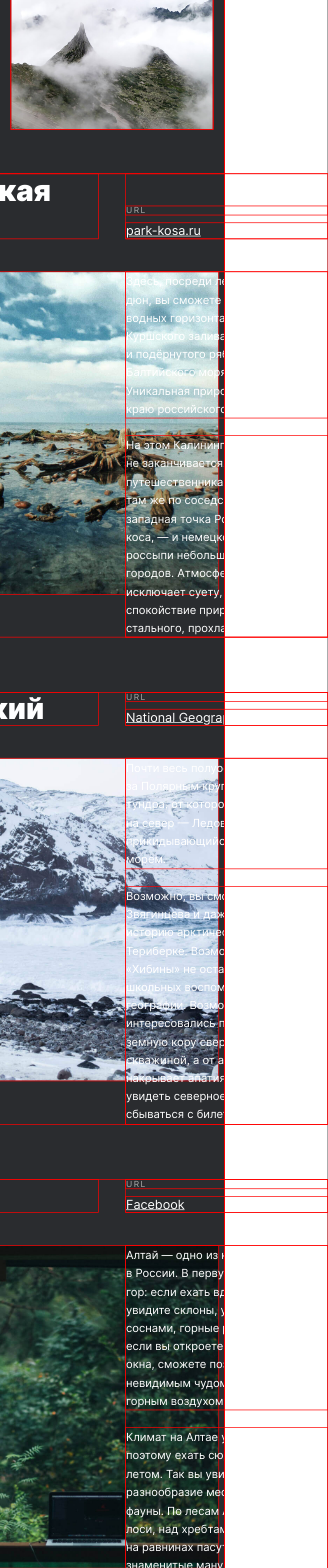
Repository: 89373611988/russia-travel
Page: index.html
An editor plug-in stored every save of this project. The page is shown before and after a run of saves, followed by the edit.
The browser window is 320 px wide. The page is 468 px wide, so the pictures cover 468 px, including what lies to the right of the window. The pictures show the part of the page from y = 4094 to 6334 px (the page is 8468 px tall before and 8376 px after), at 70% of full size.

Above is the page before, as saved 2021-12-22 21:22:08.

### index.html
<!DOCTYPE html>
<html lang="ru">
  <head>
    <meta charset="UTF-8" />
    <meta name="viewport" content="width=device-width, initial-scale=1">
    <title>Путешествие по России</title>
    <link rel="stylesheet" href="pages/index.css" />
  </head>

  <body>
    <div class="page">
      <header class="header page__header">
        <img src="./images/header-logo.svg" alt="" class="header__logo">
        <ul class="header__list">
          <li class="header__item">
            <a href="#" target="_blank" class="header__lang-link">Ru</a>
          </li>
          <li class="header__item">
            <a href="#" target="_blank" class="header__lang-link">En</a>
          </li>
        </ul>
      </header>
      <main class="content">

        <section class="lead">
          <h1 class="lead__title">Путешествия по России</h1>
          <p class="lead__subtitle">Настоящая страна не в выпусках новостей, а здесь.</p>
          <img src="./images/lead-polka.jpg" alt="Отдых в вагоне" class="lead__image">
          <p class="lead__caption">ваша полка — верхняя</p>
        </section>


        <section class="intro page__intro">
          <h2 class="intro__title">Чего мы там не видели?</h2>
          <p class="intro__text">По опросам ВЦИОМ, 95% россиян мечтают куда-нибудь поехать, но только 36% планируют провести отпуск в родной стране. Мол, чего мы тут, дома, не видели? На самом деле, Россия — это целая вселенная с ласковым морем юга, густыми лесами Саян и суровыми льдами плато Путорана. А ещё увидеть все эти красоты можно без миллионов на счету, загранпаспорта и многочасовых перелетов. Как, например, Вера Башмакова — смелая молодая мама, которая взяла в охапку троих детей, усадила их в свою «Ладу» и проехала 20 тысяч километров по родной стране. Мы выбрали и описали некоторые интересные места, достойные вашего отпуска.</p>
          <ul class="intro__list">
            <li class="intro__item">Часовых поясов
              <span class="intro__number">11</span>
            </li>
            <li class="intro__item">Объектов природного наследия ЮНЕСКО
              <span class="intro__number">12</span>
            </li>
            <li class="intro__item">Объектов культурного наследия ЮНЕСКО
              <span class="intro__number">16</span>
            </li>
            <li class="intro__item">Природных заповедников
              <span class="intro__number">105</span>
            </li>
            <li class="intro__item">Аэропортов
              <span class="intro__number">241</span>
            </li>
          </ul>
        </section>


        <section class="photo-grid">
          <img src="./images/photo-grid-train.jpg" alt="Вид из окна вагона" class="photo-grid__item">
          <img src="./images/photo-grid-atharva-tulsi.jpg" alt="Облака в горах" class="photo-grid__item">
          <img src="./images/photo-grid-tuman.jpg" alt="Собака на сене" class="photo-grid__item">
          <img src="./images/photo-grid-sochi.jpg" alt="Туман в горах" class="photo-grid__item">
          <img src="./images/photo-grid-arisa.jpg" alt="Машина на льду" class="photo-grid__item">
          <img src="./images/photo-grid-baikal.jpg" alt="Берег Байкала" class="photo-grid__item">
          <img src="./images/photo-grid-elbrus.jpg" alt="Гора Эльбрус" class="photo-grid__item">
          <img src="./images/photo-grid-kondratiev.jpg" alt="Пешеходный переход" class="photo-grid__item">
          <img src="./images/photo-grid-kamchatka-1.jpg" alt="Горный барельеф на Камчатке" class="photo-grid__item">
          <img src="./images/photo-grid-kamchatka-2.jpg" alt="Камчатка Гора" class="photo-grid__item">
          <img src="./images/photo-grid-baikal-2.jpg" alt="Горный берг Байкала" class="photo-grid__item">
          <img src="./images/photo-grid-ergaki.jpg" alt="Горы в тумане" class="photo-grid__item">
        </section>


        <section class="places page__places">
          <div class="place">
            <h2 class="place__title">Куршская коса</h2>
            <div class="place__website">
              <h3 class="place__url-heading">URL</h3>
              <a href="http://park-kosa.ru" class="place__link">park-kosa.ru</a>
            </div>
            <img src="./images/place-kosa.jpg" alt="Куршский залив" class="place__image">
            <div class="place__container">
              <p class="place__paragraph">Здесь, посреди лесов и песчаных дюн, вы сможете увидеть два водных горизонта — спокойного Куршского залива с одной стороны и подёрнутого рябью волн Балтийского моря с другой. Уникальная природная зона на краю российского анклава.</p>
            <p class="place__paragraph">На этом Калининградская область не заканчивается. Для путешественника и исследователя там же по соседству — самая западная точка России, Балтийская коса, — и немецкое наследие россыпи небольших приморских городов. Атмосфера здешних мест исключает суету, окуная в спокойствие природы и запах стального, прохладного моря.</p>
            </div>
          </div>
          <div class="place">
            <h2 class="place__title">Кольский</h2>
            <div class="place__website">
              <h3 class="place__url-heading">URL</h3>
              <a href="https://yourshot.nationalgeographic.com/photos/?keywords=kolskiy" class="place__link">National Geographic</a>
            </div>
            <img src="./images/place-kolsky.jpg" alt="Кольский полуостров" class="place__image">
            <div class="place__container">
              <p class="place__paragraph">Почти весь полуостров находится за Полярным кругом. Саамская тундра, от которой на юг — тайга, а на север — Ледовитый океан, прикидывающийся Баренцевым морем.</p>
              <p class="place__paragraph">Возможно, вы смотрели Звягинцева и даже слышали историю арктического фестиваля в Териберке. Возможно, слово «Хибины» не осталось под снегом школьных воспоминаний об уроках географии. Возможно, вы не интересовались пронизывающей земную кору сверхглубокой скважиной, а от апатитов вас давно накрывает апатия. Но ваша мечта увидеть северное сияние начинает сбываться с билетом в Мурманск.</p>
            </div>
          </div>
          <div class="place">
            <h2 class="place__title">Алтай</h2>
            <div class="place__website">
              <h3 class="place__url-heading">URL</h3>
              <a href="https://www.facebook.com/vera.bashmakova/posts/10156011613718822" class="place__link">Facebook</a>
            </div>
            <img src="./images/place-altai.jpg" alt="Природа Алтая" class="place__image">
            <div class="place__container">
              <p class="place__paragraph">Алтай — одно из красивейших мест в России.
                В первую очередь из-за гор: если ехать вдоль хребта, вы увидите склоны, усыпанные соснами, горные реки и озёра. А если вы откроете в автомобиле окна, сможете познакомиться с невидимым чудом здешних мест — горным воздухом.</p>
              <p class="place__paragraph">Климат на Алтае умеренный, поэтому ехать сюда лучше всего летом. Так вы увидите всё разнообразие местной флоры и фауны. По лесам Алтая бродят лоси, над хребтами летают орлы, а на равнинах пасутся косули. И знаменитые манулы — тоже обитатели Алтайского края.</p>
            </div>
          </div>
          <div class="place">
            <h2 class="place__title">Зимний Байкал</h2>
            <div class="place__website">
              <h3 class="place__url-heading">URL</h3>
              <a href="https://vk.com/baikalmile" class="place__link">https://vk.com/baikalmile</a>
            </div>
            <img src="./images/place-winter-baikal.jpg" alt="Морозные узора" class="place__image">
            <div class="place__container">
              <p class="place__paragraph">Всем известен Байкал как крупнейшее озеро
                в мире. Многие также знают, что это самый большой источник пресной воды и одно из красивейших мест в России.</p>
              <p class="place__paragraph">Конечно, это всё так. Но Байкал ещё идеальное    место для соревнований по скийорингу. Это такой вид спорта, когда лыжник привязывает себя к мотоциклу, и тандем старается развить как можно бóльшую скорость на льду. В марте 2019 года на фестивале «Байкальская миля» был поставлен мировой рекорд — 197.011 км/ч.</p>
            </div>
          </div>
          <div class="place">
            <h2 class="place__title">Карелия</h2>
            <div class="place__website">
              <h3 class="place__url-heading">URL</h3>
              <a href="http://vodlozero.ru" class="place__link">http://vodlozero.ru/</a>
            </div>
            <img src="./images/place-karelia.jpg" alt="Река в лесу" class="place__image">
            <div class="place__container">
              <p class="place__paragraph">Сибирь заканчивается не на Урале, а в Карелии: образующая тайгу сибирская лиственница не растёт западнее Водлозера. Зато здесь она вымахивает на 30 метров — леса карельских национальных парков из-за непроходимых болот никогда не знали топора. Некоторым соснам уже больше чем полтысячелетия. Прикоснитесь к живому существу, видевшему солнце раньше, чем увидал его Иван Грозный. В девственном лесу на сотню километров не встретишь тропы. А на редких тропинках деревья в паре метров от земли помечены медвежьими когтями. Чтобы все знали, кто тут хозяин.</p>
            </div>
          </div>
        </section>


        <section class="cover page__cover">
          <a href="https://stampsy.com/na-elektrichkakh-do-baikala" class="cover__overlay">
            <h2 class="cover__title">До Байкала «на собаках»</h2>
            <p class="cover__subtitle">По мотивам учебной темы о Транссибе — путешествие от столицы до Байкала на электричках.</p>
          </a>
        </section>
      </main>


      <footer class="footer">
        <ul class="footer__list">
          <li class="footer__item">
            <a href="https://yandex.ru/maps" class="footer__link">Карты</a>
          </li>
          <li class="footer__item">
            <a href="https://yandex.ru/pogoda" class="footer__link">Погода</a>
          </li>
          <li class="footer__item">
            <a href="https://rasp.yandex.ru" class="footer__link">Расписание</a>
          </li>
          <li class="footer__item">
            <a href="https://calendar.yandex.ru" class="footer__link">Календарь</a>
          </li>
          <li class="footer__item">
            <a href="https://travel.yandex.ru" class="footer__link">Путешествия</a>
          </li>
        </ul>
        <p class="footer__copyright">&copy; 2021. Эльвира Киямова</p>
      </footer>

    </div>
  </body>
</html>

### pages/index.css
@import url("../styles/normalize.css");

@import url("../blocks/page/page.css");
@import url("../blocks/page/__header/page__header.css");
@import url("../blocks/page/__intro/page__intro.css");
@import url("../blocks/page/__cover/page__cover.css");
@import url("../blocks/page/__places/page__places.css");

@import url("../blocks/header/header.css");
@import url("../blocks/header/__logo/header__logo.css");
@import url("../blocks/header/__list/header__list.css");
@import url("../blocks/header/__item/header__item.css");
@import url("../blocks/header/__lang-link/header__lang-link.css");

@import url("../blocks/content/content.css");

@import url("../blocks/lead/lead.css");
@import url("../blocks/lead/__title/lead__title.css");
@import url("../blocks/lead/__subtitle/lead__subtitle.css");
@import url("../blocks/lead/__image/lead__image.css");
@import url("../blocks/lead/__caption/lead__caption.css");

@import url("../blocks/intro/intro.css");
@import url("../blocks/intro/__title/intro__title.css");
@import url("../blocks/intro/__text/intro__text.css");
@import url("../blocks/intro/__list/intro__list.css");
@import url("../blocks/intro/__item/intro__item.css");
@import url("../blocks/intro/__number/intro__number.css");

@import url("../blocks/photo-grid/photo-grid.css");
@import url("../blocks/photo-grid/__item/photo-grid__item.css");

@import url("../blocks/places/places.css");
@import url("../blocks/place/place.css");
@import url("../blocks/place/__container/place__container.css");
@import url("../blocks/place/__image/place__image.css");
@import url("../blocks/place/__link/place__link.css");
@import url("../blocks/place/__paragraph/place__paragraph.css");
@import url("../blocks/place/__title/place__title.css");
@import url("../blocks/place/__url-heading/place__url-heading.css");
@import url("../blocks/place/__website/place__website.css");

@import url("../blocks/cover/cover.css");
@import url("../blocks/cover/__title/cover__title.css");
@import url("../blocks/cover/__subtitle/cover__subtitle.css");
@import url("../blocks/cover/__overlay/cover__overlay.css");

@import url("../blocks/footer/footer.css");
@import url("../blocks/footer/__list/footer__list.css");
@import url("../blocks/footer/__item/footer__item.css");
@import url("../blocks/footer/__link/footer__link.css");
@import url("../blocks/footer/__copyight/footer__copyight.css");

@import url("../fonts/fonts/fonts.css");

### blocks/page/page.css
* {
  outline-width: 1px;
  outline-style: solid;
  outline-color: red;
}

.page {
  color: #ffffff;
  background-color: #2a2c2f;
  font-family: 'Inter', Arial, sans-serif;
  font-style: normal;
  padding: 28px 0 24px;
  -moz-osx-font-smoothing: grayscale;
  -webkit-font-smoothing: antialiased;
  -webkit-text-size-adjust: 100%;
  -ms-text-size-adjust: 100%;
  -moz-text-size-adjust: 100%;
  text-rendering: optimizeLegibility;
  display: flex;
  flex-direction: column;
  align-items: center;
}

### blocks/page/__header/page__header.css
.page__header {
  margin-bottom: 56px;
}

### blocks/page/__intro/page__intro.css
.page__intro {
  margin: 92px 0;
}

### blocks/page/__cover/page__cover.css
.page__cover {
  margin: 92px 0;
}

### blocks/page/__places/page__places.css
.page__places {
  margin: 92px auto 0;
}

### blocks/header/header.css
.header {
  display: flex;
  flex-direction: row;
  justify-content: space-between;
  width: 1184px;
}

@media (max-width: 1200px) {
  .header {
    width: 928px;
  }
}

@media (max-width: 940px) {
  .header {
    width: 720px;
  }
}

@media (max-width: 768px) {
  .header {
    width: 720px;
  }
}

@media (max-width: 730px) {
  .header {
    width: 600px;
  }
}

@media (max-width: 640px) {
  .header {
    width: 500px;
  }
}

@media (max-width: 540px) {
  .header {
    width: 400px;
  }
}

@media (max-width: 440px) {
  .header {
    width: 300px;
  }
}

@media (max-width: 320px) {
  .header {
    width: 288px;
  }
}

### blocks/header/__logo/header__logo.css
.header__logo {
  width: 176px;
  height: 52px;
}

@media (max-width: 500px) {
  .header__logo {
    width: 142px;
    height: 42px;
  }
}

### blocks/header/__list/header__list.css
.header__list {
  display: flex;
  flex-direction: row;
  align-items: flex-end;
  padding: 0;
  margin: 0;
}

### blocks/header/__item/header__item.css
.header__item {
  list-style-type: none;
  width: 30px;
  height: 28px;
}

.header__item:first-child {
  margin-right: 18px;
  text-decoration: underline;
}

### blocks/header/__lang-link/header__lang-link.css
.header__lang-link {
  font-size: 24px;
  line-height: 28px;
  color: #fff;
  text-decoration: none;
}

@media (max-width: 500px) {
  .header__lang-link {
    font-size: 18px;
    line-height: 20px;
  }
}

### blocks/content/content.css
@media (max-width: 320px) {
  .content {
    max-width: 320px;
  }
}

### blocks/lead/lead.css
.lead {
  display: flex;
  flex-direction: column;
  align-items: center;
}

@media (max-width: 1280px) {
  .lead {
    max-width: 984px;
  }
}

@media (max-width: 1100px) {
  .lead {
    margin: 0 48px;
    max-width: 928px;
  }
}

@media (max-width: 330px) {
  .lead {
    max-width: 320px;
  }
}

@media (max-width: 1024px) {
  .lead {
    margin: 0 48px;
    max-width: 768px;
}
}

@media (max-width: 850px) {
  .lead {
    margin: 0 auto;
    max-width: 768px;
  }
}

@media (max-width: 350px) {
  .lead {
    margin: 0;
  }
}

### blocks/lead/__title/lead__title.css
.lead__title {
  font-weight: 900;
  font-size: 96px;
  line-height: 100px;
  max-width: 720px;
  text-align: center;
  align-self: center;
  margin: 0;
}

@media (max-width: 768px) {
  .lead__title {
    font-size: 70px;
    line-height: 80px;
    max-width: 500px;
  }
}

@media (max-width: 520px) {
  .lead__title {
    font-size: 50px;
    line-height: 70px;
    max-width: 400px;
  }
}

@media (max-width: 440px) {
  .lead__title {
    font-size: 45px;
    line-height: 50px;
    max-width: 330px;
  }
}

@media (max-width: 320px) {
  .lead__title {
    font-size: 40px;
    line-height: 44px;
    max-width: 288px;
  }
}

### blocks/lead/__subtitle/lead__subtitle.css
.lead__subtitle {
  font-size: 30px;
  line-height: 36px;
  align-self: center;
  margin: 32px 0 64px;
  max-width: 640px;
  text-align: center;
}

@media (max-width: 680px) {
  .lead__subtitle {
    font-size: 28px;
    line-height: 30px;
    max-width: 550px;
  }
}

@media (max-width: 575px) {
  .lead__subtitle {
    font-size: 25px;
    line-height: 30px;
    max-width: 400px;
  }
}

@media (max-width: 430px) {
  .lead__subtitle {
    font-size: 18px;
    line-height: 25px;
    max-width: 300px;
  }
}

@media (max-width: 320px) {
  .lead__subtitle {
    font-size: 16px;
    line-height: 20px;
    max-width: 288px;
  }
}

### blocks/lead/__image/lead__image.css
.lead__image {
  max-width: 984px;
  max-height: 615px;
  margin: 0 auto;
}

@media (max-width: 1100px) {
  .lead__image {
    margin: 0 48px;
    width: 100%;
  }
}

@media (max-width: 1024px) {
  .lead__image {
    margin: 0 48px;
    max-width: 768px;
  }
}

@media (max-width: 850px) {
  .lead__image {
    margin: 0;
    width: 100%;
  }
}

@media (max-width: 320px) {
  .lead__image {
    max-width: 320px;
  }
}

### blocks/lead/__caption/lead__caption.css
.lead__caption {
  font-size: 10px;
  line-height: 14px;
  letter-spacing: 1.5px;
  margin: 8px 0 0;
  text-transform: uppercase;
  align-self: flex-start;
}

@media (max-width: 768px) {
  .lead__caption {
    margin-left: 24px;
  }
}

@media (max-width: 330px) {
  .photo-grid {
    max-width: 320px;
    margin-left: 16px;
  }
}

### blocks/intro/intro.css
.intro {
  max-width: 690px;
}

@media (max-width: 1024px) {
  .intro {
    margin-left: 48px;
  }
}

@media (max-width: 768px) {
  .intro {
    max-width: 720px;
    margin-left: 24px;
    margin-right: 24px;
  }
}

@media (max-width: 320px) {
  .intro {
    max-width: 288px;
    margin-left: 16px;
    margin-right: 16px;
  }
}

### blocks/intro/__title/intro__title.css
.intro__title {
  margin: 0;
  font-weight: 900;
  font-size: 54px;
  line-height: 58px;
}

@media (max-width: 768px) {
  .intro__title {
    font-size: 40px;
    line-height: 40px;
  }
}

@media (max-width: 400px) {
  .intro__title {
    font-size: 32px;
    line-height: 35px;
  }
}

### blocks/intro/__text/intro__text.css
.intro__text {
  font-size: 16px;
  line-height: 163%;
  margin: 40px 0 33px;
}

### blocks/intro/__list/intro__list.css
.intro__list {
  margin: 0;
  padding: 0;
  font-weight: bold;
  font-size: 12px;
  line-height: 18px;
}

### blocks/intro/__item/intro__item.css
.intro__item {
  list-style-type: none;
}

### blocks/intro/__number/intro__number.css
.intro__number {
  font-weight: normal;
}

### blocks/photo-grid/photo-grid.css
.photo-grid {
  display: grid;
  justify-content: center;
  grid-template-columns: repeat(auto-fit, minmax(284px, 1fr));
  grid-template-rows: repeat(auto-fit, minmax(213px, 1fr));
  gap: 16px;
  padding: 0;
  margin: 0;
}

@media (max-width: 1024px) {
  .photo-grid {
    gap: 14px;
    margin: 0 48px;
  }
}

@media (max-width: 770px) {
  .photo-grid {
    gap: 16px;
    margin: 0 24px;
  }
}

@media (max-width: 330px) {
  .photo-grid {
    width: 288px;
    margin: 0 auto;
  }
}

### blocks/places/places.css
.places {
  max-width: 984px;
  display: flex;
  flex-direction: column;
  align-items: center;
}

@media (max-width: 1024px) {
  .places {
    max-width: 928px;
    margin: 88px auto 0;
  }
}

@media (max-width: 960px) {
  .places {
    max-width: 928px;
    margin: 88px auto 0;
  }
}

@media (max-width: 930px) {
  .places {
    max-width: 720px;
    margin: 88px auto 0;
  }
}

@media (max-width: 730px) {
  .places {
    max-width: 500px;
  }
}

@media (max-width: 530px) {
  .places {
    max-width: 400px;
  }
}

@media (max-width: 425px) {
  .places {
    max-width: 320px;
    margin: 64px auto 0;
  }
}

### blocks/place/place.css
.place {
  display: grid;
  justify-content: center;
  grid-template-columns: repeat(2, minmax(288px, 460px));
  grid-template-rows: repeat(2, minmax(auto-fit, 1fr));
  grid-column-gap: 40px;
  grid-row-gap: 48px;
  margin-bottom: 80px;
}

.place:last-child {
  margin: 0;
}

### blocks/place/__container/place__container.css
.place__container {

}

### blocks/place/__image/place__image.css
.place__image {
  max-width: 460px;
}

### blocks/place/__link/place__link.css
.place__link {
  color: #fff;
  font-weight: normal;
  font-size: 18px;
  line-height: 22px;
}

### blocks/place/__paragraph/place__paragraph.css
.place__paragraph {
  font-weight: normal;
  font-size: 18px;
  line-height: 163%;
  max-width: 484px;
  margin: 0;
}

.place__paragraph:first-child {
  margin-bottom: 26px;
}

@media (max-width: 768px) {
  .place__paragraph {
    font-size: 16px;
  }
}

### blocks/place/__title/place__title.css
.place__title {
  font-weight: 900;
  font-size: 72px;
  line-height: 76px;
  margin: 0;
}

@media (max-width: 768px) {
  .place__title {
    font-size: 42px;
    line-height: 46px;
  }
}

@media (max-width: 320px) {
  .place__title {
    font-size: 42px;
    line-height: 46px;
  }
}

### blocks/place/__url-heading/place__url-heading.css
.place__url-heading {
  font-weight: normal;
  font-size: 12px;
  line-height: 12px;
  letter-spacing: 2px;
  color: #aaa;
  margin: 0 0 12px;
}

### blocks/place/__website/place__website.css
.place__website {
  display: flex;
  flex-direction: column;
  justify-content: flex-end;
}

### blocks/cover/cover.css
.cover {

}

### blocks/cover/__title/cover__title.css
.cover__title {
  font-weight: 900;
  font-size: 72px;
  line-height: 76px;
  margin: 0;
  max-width: 560px;
  white-space: pre-line;
  text-align: center;
}

@media (max-width: 550px) {
  .cover__title {
    font-size: 50px;
    line-height: 45px;
    max-width: 450px;
  }
}

@media (max-width: 450px) {
  .cover__title {
    font-size: 40px;
    line-height: 40px;
    max-width: 320px;
  }
}

@media (max-width: 320px) {
  .cover__title {
    font-size: 32px;
    line-height: 35px;
    max-width: 288px;
  }
}

### blocks/cover/__subtitle/cover__subtitle.css
.cover__subtitle {
  font-size: 18px;
  line-height: 22px;
  margin: 32px 0 0;
  max-width: 360px;
  white-space: pre-line;
  text-align: center;
}

@media (max-width: 400px) {
  .cover__subtitle {
    font-size: 16px;
    line-height: 20px;
    max-width: 330px;
  }
}

@media (max-width: 320px) {
  .cover__subtitle {
    font-size: 14px;
    line-height: 16px;
    max-width: 288px;
  }
}

### blocks/cover/__overlay/cover__overlay.css
.cover__overlay {
  position: relative;
  color: #fff;
  text-decoration: none;
  display: flex;
  flex-direction: column;
  align-items: center;
  justify-content: center;
  min-height: 740px;
  max-width: 1184px;
  background-image: url(../../../images/cover-trains.jpg);
  background-size: cover;
  background-repeat: no-repeat;
  background-position: center;
  box-sizing: border-box;
  z-index: 0;
}

.cover__overlay::before {
  position: absolute;
  content: "";
  left: 0;
  top: 0;
  right: 0;
  bottom: 0;
  background: #2a2c2f;
  opacity: 0.3;
  z-index: -1;
  transition: opacity 0.3s;
}

.cover__overlay:hover::before {
  opacity: 0.7;
}

@media screen and (max-width: 1023px) {
  .cover__overlay {
    max-width: 100%;
  }
}

@media screen and (max-width: 768px) {
  .cover__overlay {
  }
}

@media screen and (max-width: 320px) {
  .cover__overlay {
    min-height: 200px;
  }
}

### blocks/footer/footer.css
.footer {
  width: 1184px;
  display: flex;
  flex-direction: row;
  justify-content: space-between;
}

@media (max-width: 1220px) {
  .footer {
    width: 1000px;
  }
}

@media (max-width: 1024px) {
  .footer {
    width: 928px;
  }
}

@media (max-width: 960px) {
  .footer {
    width: 800px;
  }
}

@media (max-width: 960px) {
  .footer {
    width: 800px;
  }
}

@media (max-width: 840px) {
  .footer {
    width: 750px;
  }
}

@media (max-width: 768px) {
  .footer {
    width: 720px;
  }
}

@media (max-width: 750px) {
  .footer {
    width: 186px;
    flex-direction: column;
    align-self: flex-start;
    margin-left: 16px;
  }
}

### blocks/footer/__list/footer__list.css
.footer__list {
  display: flex;
  flex-direction: row;
  padding: 0;
  margin: 0;
  font-size: 16px;
  line-height: 18px;
}

@media (max-width: 750px) {
  .footer__list {
    flex-direction: column;
    margin-bottom: 48px;
  }
}

@media (max-width: 400px) {
  .footer__list {
    font-size: 24px;
    line-height: 24px;
  }
}

### blocks/footer/__item/footer__item.css
.footer__item {
  list-style-type: none;
  margin-right: 18px;
}

@media (max-width: 750px) {
  .footer__item {
    width: 186px;
    margin-bottom: 32px;
  }
}

### blocks/footer/__link/footer__link.css
.footer__link {
  color: #fff;
  text-decoration: none;
}

.footer__link:hover {
  opacity: 0.7;
  cursor: pointer;
  transition: opacity 0.5s ease;
}

### blocks/footer/__copyight/footer__copyight.css
.footer__copyright {
  margin: 0;
  font-size: 14px;
  line-height: 16px;
}

@media (max-width: 320px) {
  .footer__copyright {
    line-height: 14px;
  }
}

### fonts/fonts/fonts.css
@font-face {
  font-family: 'Inter';
  font-style: normal;
  font-weight: 400;
  src: url("Inter-Regular.woff2") format("woff2"),
  url("Inter-Regular.woff?v=3.15") format("woff");
}

@font-face {
  font-family: 'Inter';
  font-style: normal;
  font-weight: 900;
  src: url("Inter-Black.woff2?v=3.15") format("woff2"),
  url("Inter-Black.woff?v=3.15") format("woff");
}

Loaded but not shown: styles/normalize.css (library); blocks/photo-grid/__item/photo-grid__item.css (common file)

After the next 2 saves:
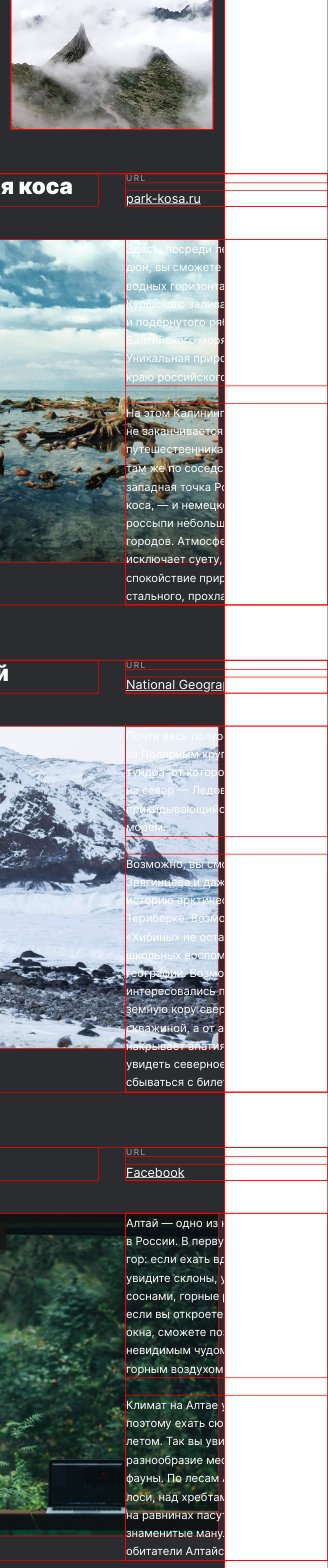
The 2 saves are shown as one change because they came seconds apart.
The last was saved 26 s later.
--- a/blocks/place/__title/place__title.css
+++ b/blocks/place/__title/place__title.css
@@ -14,7 +14,7 @@
 
 @media (max-width: 320px) {
   .place__title {
-    font-size: 42px;
-    line-height: 46px;
+    font-size: 32px;
+    line-height: 35px;
   }
 }
